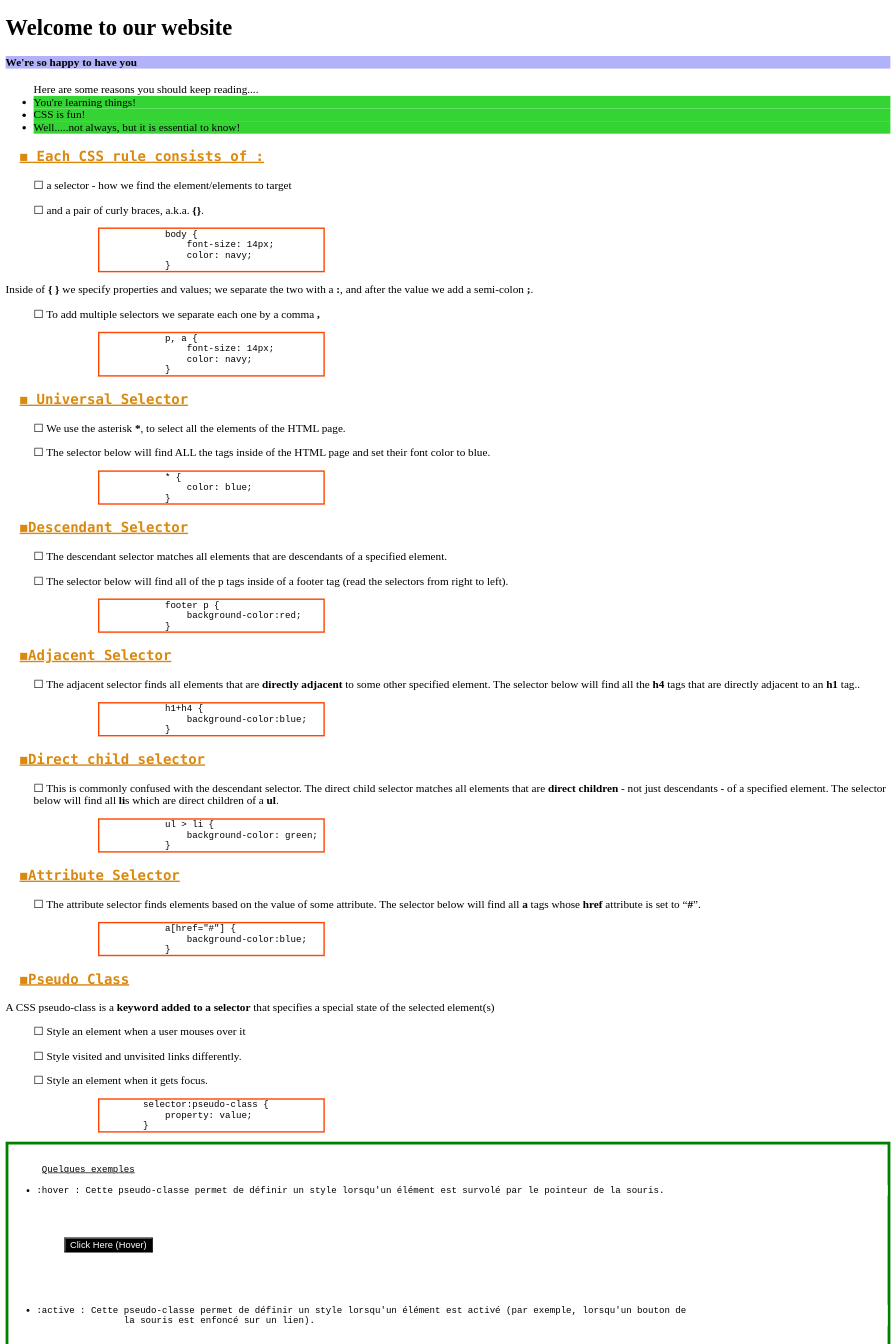
Repository: AnnaSpirit/Tests__
Page: CSS/Useful_Selectors.html
The author's editor kept a copy of each file at every save. The page is drawn from the files as they stood at one save, then again after the next save.
The browser window is 1280 px wide. The pictures show the part of the page from y = 0 to 1920 px (the page is 2653 px tall), at 70% of full size.

Above is the page before, as saved 2024-04-03 19:01:07.

### CSS/Useful_Selectors.html
<!DOCTYPE html>
<html lang="en">
<head>
    <meta charset="UTF-8">
    <meta name="viewport" content="width=device-width, initial-scale=1.0">
    <title>Useful Selectors</title>
    <link rel="stylesheet" href="style_Selectors.css">
</head>
<body>
    <header>
        <h1>Welcome to our website</h1>
        <h4>We're so happy to have you</h4>
    </header>
    <section>
        <ul> Here are some reasons you should keep reading....
            <li>You're learning things!</li>
            <li>CSS is fun!</li>
            <li>Well.....not always, but it is essential to know!</li>
        </ul>
    </section>
    <section>
        <h3>&#9724; Each CSS rule consists of :</h3>
            <p style="padding-left: 40px;"> &#9744; a selector - how we find the element/elements to target</p>
            <p style="padding-left: 40px;"> &#9744; and a pair of curly braces, a.k.a. <b>{}</b>.</p>
    <span>
        <pre class="classblue">
            body {
                font-size: 14px;
                color: navy;
            }</pre></span>
    <p>Inside of <b>{ }</b> we specify properties and values; we separate the two with a <b>:</b>, and after the value we add a semi-colon <b>;</b>.</p>
            <p style="padding-left: 40px;"> &#9744; To add multiple selectors we separate each one by a comma <b>,</b></p>
    <span>
        <pre class="classblue">
            p, a {
                font-size: 14px;
                color: navy;
            }</pre>
        </span>
        <h3>&#9724; Universal Selector</h3>
        <p style="padding-left: 40px;">&#9744; We use the asterisk <b>*</b>, to select all the elements of the HTML page.</p>
        <p style="padding-left: 40px;">&#9744; The selector below will find ALL the tags inside of the HTML page and set their font color to blue.</p>
    <span>
        <pre class="classblue">
            * {
                color: blue;
            }</pre>
    </span>
    <h3>&#9724;Descendant Selector</h3>
    <p style="padding-left: 40px;">&#9744; The descendant selector matches all elements that are descendants of a specified element.</p>
    <p style="padding-left: 40px;">&#9744; The selector below will find all of the p tags inside of a footer tag (read the selectors from right to left).</p>
    <span>
        <pre class="classblue">
            footer p {
                background-color:red;
            }</pre>
    </span>
    <h3>&#9724;Adjacent Selector</h3>
    <p style="padding-left: 40px;">&#9744; The adjacent selector finds all elements that are <b>directly adjacent</b> to some other specified element. The selector below
    will find all the <b>h4</b> tags that are directly adjacent to an <b>h1</b> tag..</p>
    <span>
        <pre class="classblue">
            h1+h4 {
                background-color:blue;
            }</pre>
    </span>
    <h3>&#9724;Direct child selector</h3>
    <p style="padding-left: 40px;">&#9744; This is commonly confused with the descendant selector. The direct child selector matches all elements that are <b>direct
    children</b> - not just descendants - of a specified element. The selector below will find all <b>li</b>s which are direct children
    of a <b>ul</b>.</p>
    <span>
        <pre class="classblue">
            ul > li {
                background-color: green;
            }</pre>
    </span>
    <h3>&#9724;Attribute Selector</h3>
    <p style="padding-left: 40px;">&#9744; The attribute selector finds elements based on the value of some attribute. The selector below will find all <b>a</b> tags
    whose <b>href</b> attribute is set to “<b>#</b>”.</p>
    <span>
        <pre class="classblue">
            a[href="#"] {
                background-color:blue;
            }</pre>
    </span>
    <h3>&#9724;Pseudo Class</h3>
    <p>A CSS pseudo-class is a <b> keyword added to a selector</b> that specifies a special state of the selected element(s)</p>
    <p style="padding-left: 40px;">&#9744; Style an element when a user mouses over it</p>
    <p style="padding-left: 40px;">&#9744; Style visited and unvisited links differently.</p>
    <p style="padding-left: 40px;">&#9744; Style an element when it gets focus.</p>
    <span>
        <pre class="classblue">
        selector:pseudo-class {
            property: value;
        }</pre>
    </span>
    <span>
        <pre style="border: 4px solid green;">
            <ul> <u>Quelques exemples</u>
                <li>:hover : Cette pseudo-classe permet de définir un style lorsqu'un élément est survolé par le pointeur de la souris.</li>
                <ul>
                    <li style="list-style: none;"><button>Click Here (Hover)</button></li>
<!-- Dans Firefox (et dans d'autres navigateurs également), lors du rendu d'une page HTML, les espaces blancs, les retours à
la ligne et les espaces de tabulation dans le code HTML sont interprétés comme des "nœuds texte" dans le modèle DOM
(Document Object Model). Cela signifie que chaque espace, saut de ligne ou espace de tabulation est considéré comme un
nœud texte distinct dans l'arbre DOM de la page.

Ces "nœuds texte ne contenant que des espaces" sont ajoutés au DOM pour refléter fidèlement la structure du code HTML
original. Cela peut être important pour la mise en forme et la présentation visuelle de la page, car les espaces blancs
dans le code HTML peuvent influencer la mise en page des éléments, en particulier dans des situations comme le formatage
de texte ou la disposition de tableaux.

Cependant, ces espaces blancs peuvent également causer des problèmes lors du développement web, surtout lorsqu'ils sont
indésirables. Par exemple, des espaces blancs inattendus entre les éléments HTML peuvent créer des espaces visibles
indésirables sur la page. Dans de tels cas, les développeurs peuvent utiliser différentes techniques pour éviter que ces
espaces ne soient inclus dans le rendu final, comme la compression du HTML ou l'utilisation de techniques CSS
appropriées.

En résumé, Firefox (et d'autres navigateurs) ajoutent ces "nœuds texte ne contenant que des espaces" pour représenter
fidèlement la structure du code HTML original, mais cela peut parfois être source de confusion ou de problèmes lors du
développement web. -->
                </ul>
                <li>:active : Cette pseudo-classe permet de définir un style lorsqu'un élément est activé (par exemple, lorsqu'un bouton de
                la souris est enfoncé sur un lien).</li>
                <li>:focus : Cette pseudo-classe permet de définir un style lorsqu'un élément a le focus, c'est-à-dire qu'il est sélectionné
                par l'utilisateur (par exemple, lorsqu'un champ de formulaire est sélectionné).</li>
                <li>:first-child : Cette pseudo-classe permet de cibler le premier enfant d'un élément parent.</li>
                <li>:last-child : Cette pseudo-classe permet de cibler le dernier enfant d'un élément parent.</li>
                <li>:nth-child() : Cette pseudo-classe permet de cibler les éléments en fonction de leur position dans la liste des enfants
                d'un élément parent en utilisant une formule mathématique.</li>
                <li>:nth-of-type() : Cette pseudo-classe permet de cibler les éléments en fonction de leur type et de leur position parmi
                les éléments de ce type dans un élément parent.</li>
            </ul>
        </pre>
    </span>

    <h3>&#9724;First & Last Child</h3>
    <p style="padding-left: 40px;">&#9744; The <b>:first-child</b> and <b>:last-child</b> CSS pseudo-class find all elements which are the first (or last, respectively) children
    of their parents. The selector below will find all the <b>li</b>‘s which are the first children of their parents.</p>
    <span>
        <pre class="classblue">
        li:first-child {
            background-color:blue;
        }</pre>
    </span>

    <h3>&#9724;n-th child</h3>
    <p style="padding-left: 40px;">&#9744; This is a sort of generalization of the selectors above. <b>nth-child</b> CSS pseudo-class will find all elements which are the
    nth children of their parents, for some specified value of <b>n</b>. The selector below will find all the <b>li</b>‘s which are the second children of their parents.</p>
    <span>
        <pre class="classblue">
        li:nth-child(2) {
            background-color: teal;
        } <!-- Le saut de ligne apparaît dans Firefox... -->
    </pre>
    </span>
    </section>
    <hr>
    <footer>

        <p>
            Thanks for checking out this page!
            <a href="#">Here is a link that goes nowhere! It's for showing you stuff with CSS......we promise</a>
        </p>
    </footer>
</body>
</html>

### CSS/style_Selectors.css
/* Universal Selector */
/* * {
    color: brown;
} */

/* .text-node {
    white-space: nowrap;
    /* Empêche le saut de ligne */
}

.text-node.hidden {
    display: none;
    Cache complètement les nœuds texte */
}


section>ul>li {
    background-color: rgb(53, 212, 53);
}

.classblue{
    border: 2px solid orangered;
    width: 320px;
    margin-left: 132px;
}

h3{
    color: rgb(218, 137, 14);
    font-family: "Lucida Console", Monaco, monospace;
    font-size: 20px;
    color: #DA890E;
    text-decoration: underline rgb(218, 137, 14);
    padding-left: 20px;
}
h1+h4 {
    background-color: rgb(178, 178, 248);
}
a[href="#"] {
    color: purple;
    font-weight: bold;
    font-style: italic;
}

footer p {
    background-color: rgb(245, 211, 211);
}
pre>ul>li {
    background-color: white;
}

button {
    background-color: black;
    color: white;
}

button:hover {
    background-color: yellow;
    color: rgb(125, 45, 33);
}

After the next save:
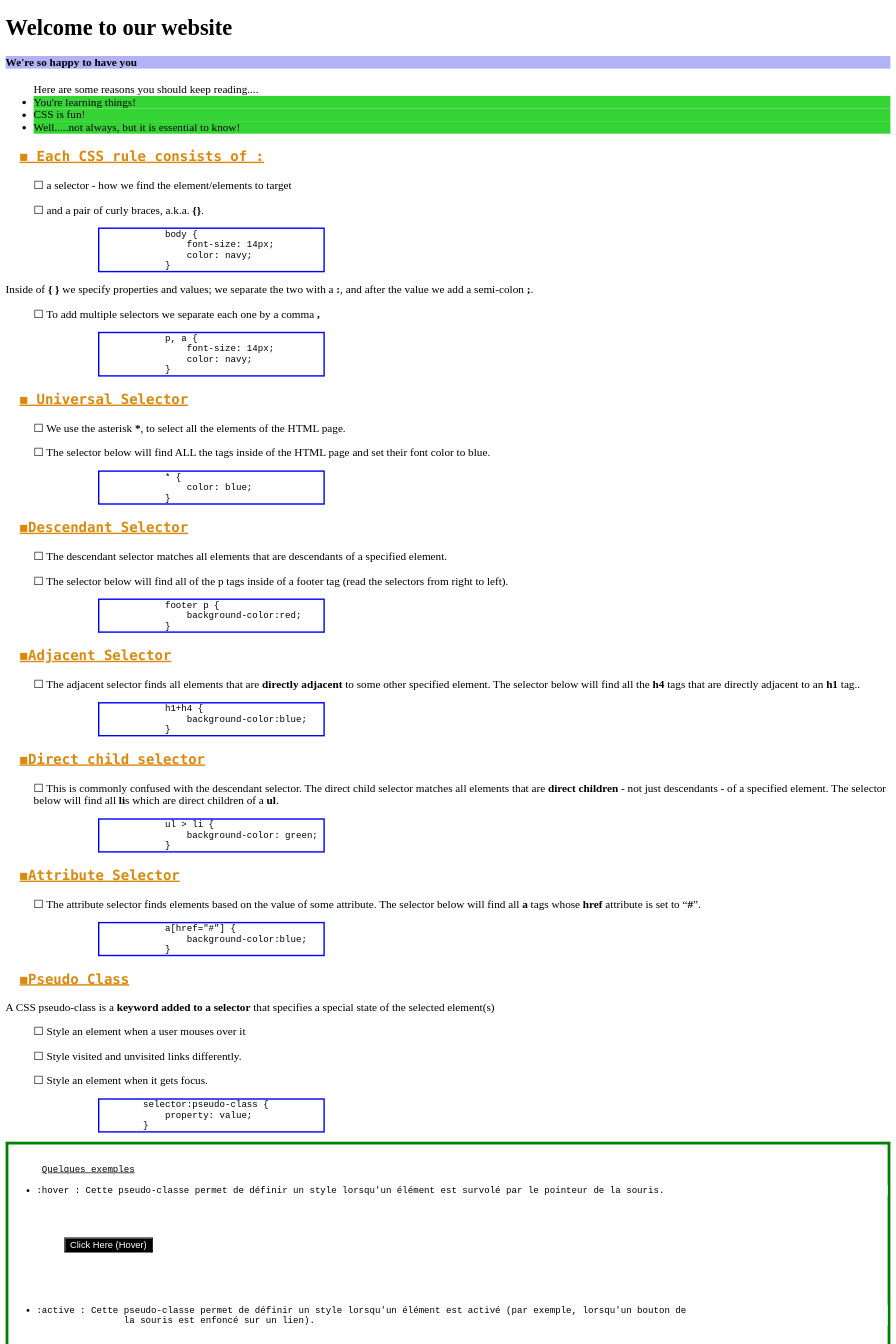
Saved 17 s later.
--- a/CSS/style_Selectors.css
+++ b/CSS/style_Selectors.css
@@ -19,7 +19,7 @@ section>ul>li {
 }
 
 .classblue{
-    border: 2px solid orangered;
+    border: 2px solid blue;
     width: 320px;
     margin-left: 132px;
 }
